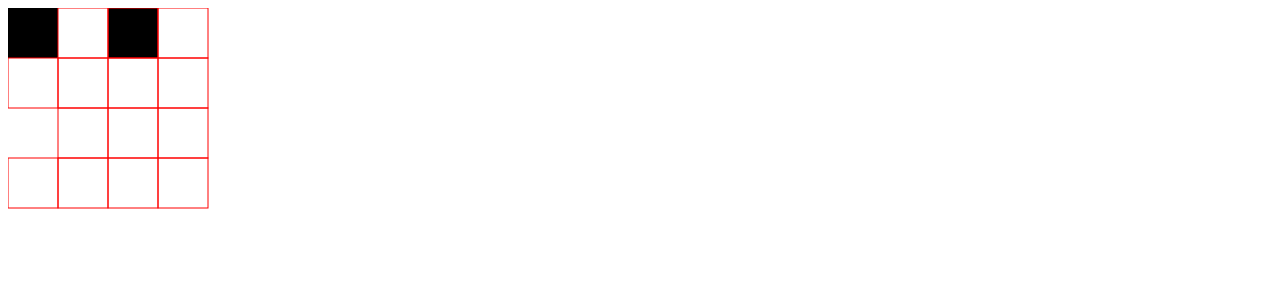
Repository: JIHYEONHE/doit
Page: FAST_ZZANG/static/canvas3.html
An editor plug-in stored every save of this project. The page is shown before and after the next save, followed by the edit.
The browser window is 1280 px wide. The pictures show the whole page.

Above is the page before, as saved 2022-10-18 01:37:07.

After the next save:
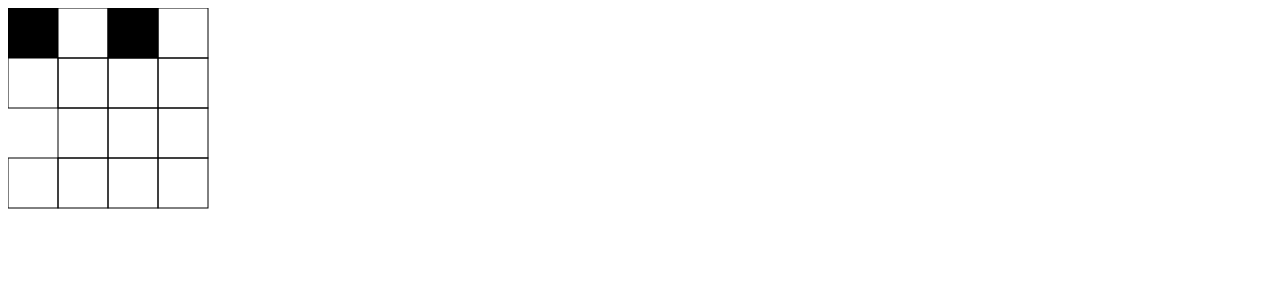
Saved 3 s later.
--- a/FAST_ZZANG/static/canvas3.html
+++ b/FAST_ZZANG/static/canvas3.html
@@ -22,7 +22,7 @@
 			    ctx.fillStyle = 'yello';
 			    ctx.fillRect(j*50,i, 50, 50);
 		    }else{
-		        ctx.strokeStyle = 'red';
+		        ctx.strokeStyle = 'black';
 		        ctx.strokeRect(i*50, j*50, 50, 50);
 
 		    }
